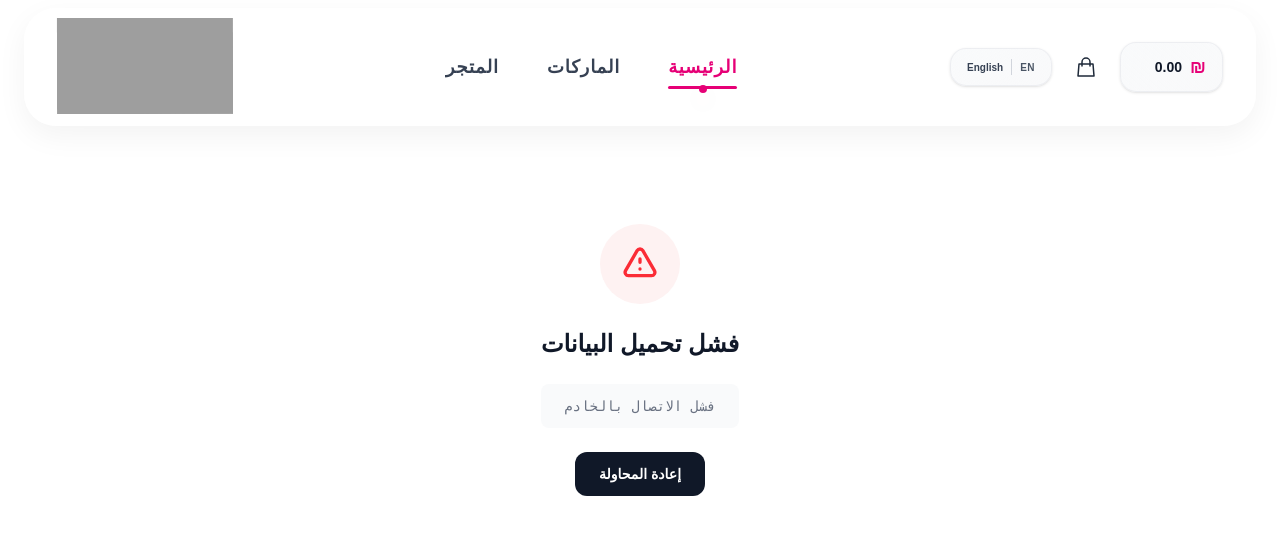
Repository: mhmdsaqer/miles
Page: / (app in beauty-frontend/)
An editor plug-in stored every save of this project. The page is shown before and after the next save, followed by the edit.
The browser window is 1280 px wide. The pictures show the whole page.
Pictures or frames that could not be fetched are drawn as grey boxes. The page's requests for data from a server got no answer. The project was rebuilt for these pictures with package versions that can differ from the ones it lists, and the page was loaded fresh each time. No one was signed in, and anything a server would have sent is missing. Also part of the build but not shown: beauty-frontend/vite.config.js, beauty-frontend/src/components/SEO.jsx, beauty-frontend/src/components/ProductCard.jsx, beauty-frontend/src/pages/Shop.jsx, beauty-frontend/src/components/LuxuryCard.jsx, beauty-frontend/src/pages/ProductDetails.jsx, beauty-frontend/src/pages/Cart.jsx, beauty-frontend/src/pages/Brands.jsx and 12 more.

Above is the page before, as saved 2026-06-16 14:20:17.

### beauty-frontend/index.html
<!doctype html>
<html lang="en">
  <head>
    <meta charset="UTF-8" />
    <link rel="icon" type="image/svg+xml" href="/favicon.svg" />
    <meta name="viewport" content="width=device-width, initial-scale=1.0" />
    <title>beauty-frontend</title>
  </head>
  <body>
    <div id="root"></div>
    <script type="module" src="/src/main.jsx"></script>
  </body>
</html>

### beauty-frontend/src/main.jsx
// src/main.jsx
import React from "react";
import ReactDOM from "react-dom/client";
import { HelmetProvider } from "react-helmet-async";
import { CartProvider } from "./context/CartContext";
import { LanguageProvider } from "./context/LanguageContext";
import { AuthProvider } from "./context/AuthContext";
import { ThemeProvider } from "./context/ThemeContext"; // ✅ أضف هذا
import App from "./App";
import "./index.css";

ReactDOM.createRoot(document.getElementById("root")).render(
  <React.StrictMode>
    <HelmetProvider>
      <LanguageProvider>
        <ThemeProvider> {/* ✅ أضف هنا */}
          <AuthProvider>
            <CartProvider>
              <App />
            </CartProvider>
          </AuthProvider>
        </ThemeProvider>
      </LanguageProvider>
    </HelmetProvider>
  </React.StrictMode>
);

### beauty-frontend/src/context/ThemeContext.jsx
import { createContext, useState, useContext, useEffect, useCallback } from "react";

const ThemeContext = createContext(null);

export const ThemeProvider = ({ children }) => {
  const [isDark, setIsDark] = useState(() => {
    if (typeof window !== "undefined") {
      return localStorage.getItem("miles_admin_theme") === "dark";
    }
    return false;
  });

  // حفظ التفضيل
  useEffect(() => {
    localStorage.setItem("miles_admin_theme", isDark ? "dark" : "light");
  }, [isDark]);

  const toggleTheme = useCallback(() => setIsDark((prev) => !prev), []);

  return (
    <ThemeContext.Provider value={{ isDark, toggleTheme }}>
      {children}
    </ThemeContext.Provider>
  );
};

export const useTheme = () => {
  const context = useContext(ThemeContext);
  if (!context) throw new Error("useTheme must be used within ThemeProvider");
  return context;
};

### beauty-frontend/src/components/Navbar.jsx
// src/components/Navbar.jsx - النسخة النهائية المضبوطة عمودياً ✨
import { Link, useLocation } from "react-router-dom";
import { useCart } from "../context/CartContext";
import { useLang } from "../context/LanguageContext";
import { useState, useEffect, useMemo, useCallback } from "react";

const LOGO_URL = "https://res.cloudinary.com/dvd2u8csu/image/upload/v1780130628/logo_pykvwk.png";

const Navbar = () => {
  const { cartItems, cartCount } = useCart();
  const { lang, toggleLang, t } = useLang();
  const location = useLocation();
  const [isScrolled, setIsScrolled] = useState(false);
  const [isMobileMenuOpen, setIsMobileMenuOpen] = useState(false);
  const [logoLoaded, setLogoLoaded] = useState(false);

  const cartTotal = useMemo(() => {
    return cartItems.reduce((total, item) => {
      const price = item.selectedVariant?.price ?? item.price;
      return total + price * item.quantity;
    }, 0);
  }, [cartItems]);

  useEffect(() => {
    const handleScroll = () => setIsScrolled(window.scrollY > 20);
    window.addEventListener("scroll", handleScroll);
    return () => window.removeEventListener("scroll", handleScroll);
  }, []);

  useEffect(() => {
    setIsMobileMenuOpen(false);
  }, [location.pathname]);

  useEffect(() => {
    document.body.style.overflow = isMobileMenuOpen ? "hidden" : "unset";
    return () => { document.body.style.overflow = "unset"; };
  }, [isMobileMenuOpen]);

  const navLinks = useMemo(() => [
    { name: t('home'), path: "/" },
    { name: t('brands'), path: "/brands" },
    { name: t('shop'), path: "/shop" }
  ], [t]);

  const closeMobileMenu = useCallback(() => setIsMobileMenuOpen(false), []);

  return (
    <>
      <nav
        // ✅ تقليل الـ padding العمودي للحد الأدنى (py-2)
        className={`fixed top-0 left-0 right-0 z-[100] transition-all duration-500 px-3 md:px-6 py-2 pointer-events-none ${
          isScrolled ? "translate-y-2" : "translate-y-0"
        }`}
        dir={lang === "ar" ? "rtl" : "ltr"}
        role="navigation"
        aria-label="Main navigation"
      >
        <div className={`max-w-[1400px] mx-auto transition-all duration-500 rounded-[2rem] pointer-events-auto ${
          isScrolled
            ? "bg-white/95 backdrop-blur-xl shadow-[0_20px_50px_rgba(0,0,0,0.08)] border border-gray-100/50 py-2"
            : "bg-white/60 backdrop-blur-md shadow-[0_10px_30px_rgba(0,0,0,0.05)] border border-white/30 py-2.5"
        }`}>

          {/* ✅ إضافة h-full و items-center لضمان التمركز دون تمدد */}
          <div className="px-4 md:px-8 flex justify-between items-center h-full">

            {/* ===== الجانب الأيمن: أيقونات التحكم ===== */}
            <div className="flex items-center gap-3">
              <button
                onClick={() => setIsMobileMenuOpen(!isMobileMenuOpen)}
                className="md:hidden relative p-2.5 group"
                aria-label={t('menu')}
                aria-expanded={isMobileMenuOpen}
              >
                <div className="absolute inset-0 bg-pink-50 rounded-full scale-0 group-hover:scale-100 transition-transform duration-500"></div>
                <div className="relative z-10 w-6 h-5 flex flex-col justify-center gap-1.5">
                  <span className={`w-full h-0.5 bg-gray-800 rounded-full transition-all duration-300 ${isMobileMenuOpen ? "rotate-45 translate-y-2" : ""}`}></span>
                  <span className={`w-full h-0.5 bg-gray-800 rounded-full transition-all duration-300 ${isMobileMenuOpen ? "opacity-0 scale-0" : ""}`}></span>
                  <span className={`w-full h-0.5 bg-gray-800 rounded-full transition-all duration-300 ${isMobileMenuOpen ? "-rotate-45 -translate-y-2" : ""}`}></span>
                </div>
              </button>

              <div className="flex items-center gap-2 bg-gradient-to-br from-gray-50 to-gray-100/50 backdrop-blur-sm px-4 py-2.5 rounded-2xl border border-gray-200/60 shadow-sm">
                <span className="text-pink-600 font-black text-lg">₪</span>
                <span className="text-gray-900 font-black text-sm tabular-nums min-w-[45px] text-right">
                  {cartTotal.toFixed(2)}
                </span>
              </div>

              <Link to="/cart" className="relative group p-2.5" aria-label={`${t('cart')} - ${cartCount} ${t('items')}`}>
                <div className="absolute inset-0 bg-pink-50 rounded-full scale-0 group-hover:scale-100 transition-transform duration-500"></div>
                <svg className="h-6 w-6 text-gray-800 relative z-10 transition-colors group-hover:text-pink-600" fill="none" viewBox="0 0 24 24" stroke="currentColor">
                  <path strokeLinecap="round" strokeLinejoin="round" strokeWidth={1.5} d="M16 11V7a4 4 0 00-8 0v4M5 9h14l1 12H4L5 9z" />
                </svg>
                {cartCount > 0 && (
                  <span className="absolute -top-0.5 -right-0.5 bg-pink-600 text-white text-[9px] font-black w-5 h-5 flex items-center justify-center rounded-full border-2 border-white shadow-sm">
                    {cartCount > 9 ? "9+" : cartCount}
                </span>
                )}
              </Link>

              <button
                onClick={toggleLang}
                className="hidden md:flex items-center gap-2 bg-gradient-to-br from-gray-50 to-gray-100/50 backdrop-blur-sm px-4 py-2.5 rounded-2xl border border-gray-200/60 hover:border-pink-300 transition-all group shadow-sm"
                aria-label={`Switch language to ${lang === "ar" ? "English" : "Arabic"}`}
              >
                <span className="text-[10px] font-black uppercase tracking-wider text-gray-600 group-hover:text-pink-600 transition-colors">
                  {lang === "ar" ? "EN" : "ع"}
                </span>
                <span className="w-px h-4 bg-gray-300"></span>
                <span className="text-[10px] font-bold text-gray-700 group-hover:text-gray-900 transition-colors">
                  {lang === "ar" ? "English" : "العربية"}
                </span>
              </button>
            </div>

                {/* ===== المنتصف: الروابط (ديسكتوب) ===== */}
            <div className="hidden md:flex items-center gap-8 lg:gap-12">
              {navLinks.map((link) => (
                <Link
                  key={link.path}
                  to={link.path}
                  className={`group relative text-base lg:text-lg font-black uppercase tracking-wider transition-all duration-500 hover:scale-110 ${
                    location.pathname === link.path
                      ? "text-pink-600"
                      : "text-gray-700 hover:text-pink-600"
                  }`}
                  aria-current={location.pathname === link.path ? "page" : undefined}
                >
                  {/* ✅ النص: لون زهري صلب (بدون gradient) */}
                  <span className="relative z-10 transition-all duration-500">
                    {link.name}
                  </span>

                  {/* ✅ الخط السفلي: بنفس لون النص (زهري صلب) */}
                  <span className={`absolute -bottom-2 left-0 h-[3px] bg-pink-600 rounded-full transition-all duration-500 ${
                    location.pathname === link.path
                      ? "w-full opacity-100"
                      : "w-0 opacity-0 group-hover:w-full group-hover:opacity-100"
                  }`}></span>

                  {/* ✅ نقطة مضيئة */}
                  <span className={`absolute -bottom-3 left-1/2 -translate-x-1/2 w-2 h-2 bg-pink-600 rounded-full shadow-lg shadow-pink-500/50 transition-all duration-500 ${
                    location.pathname === link.path
                      ? "opacity-100 scale-100 animate-pulse"
                      : "opacity-0 scale-0 group-hover:opacity-100 group-hover:scale-100"
                  }`}></span>

                  {/* ✅ هالة خلفية */}
                  <span className="absolute inset-0 -mx-4 -my-2 bg-gradient-to-r from-pink-500/0 via-pink-500/5 to-pink-500/0 rounded-2xl scale-0 group-hover:scale-100 transition-transform duration-500 -z-0"></span>
                </Link>
              ))}
            </div>
        {/* ===== الجانب الأيسر: شعار الشركة الفاخر ===== */}
<div className="flex-shrink-0">
  <Link
    to="/"
    className="group relative flex items-center justify-center"
    aria-label={t('home')}
  >
    {/* ✅ الحاوية: bg-transparent + overflow-hidden */}
    <div className="relative z-10 animate-float-luxury w-28 h-16 md:w-36 md:h-20 lg:w-44 lg:h-24 flex items-center justify-center overflow-hidden bg-transparent">

      {/* ✅✅✅ الإصلاح 1: إزالة animate-pulse-slow + إخفاء تام حتى الـ hover */}
      <div className="absolute inset-0 bg-gradient-to-r from-pink-500/10 via-purple-500/10 to-pink-500/10 rounded-full blur-2xl opacity-0 group-hover:opacity-60 transition-opacity duration-700 pointer-events-none"></div>

      {/* ✅✅✅ الإصلاح 2: إزالة drop-shadow + تبسيط التأثيرات */}
      <img
        src={LOGO_URL}
        alt="Company Logo"
        className={`
          relative z-10
          w-full h-full
          object-contain
          bg-transparent
          scale-[1.3] md:scale-[1.5]
          transition-all duration-700 ease-out
          ${logoLoaded ? 'opacity-100' : 'opacity-0'}
          group-hover:scale-[1.6]
        `}
        onLoad={() => setLogoLoaded(true)}
        onError={(e) => {
          console.warn("Failed to load logo");
          e.target.style.display = 'none';
        }}
        loading="eager"
      />

      {/* ✅ Loading Spinner */}
      {!logoLoaded && (
        <div className="absolute inset-0 flex items-center justify-center bg-transparent">
          <div className="relative">
            <div className="w-10 h-10 md:w-12 md:h-12 border-2 border-gray-200 border-t-pink-500 rounded-full animate-spin"></div>
          </div>
        </div>
      )}

      {/* ✅ النقاط المضيئة - تظهر فقط عند الـ hover */}
      <div className="absolute -inset-4 pointer-events-none">
        <div className="absolute top-0 left-1/2 -translate-x-1/2 w-2 h-2 bg-pink-400 rounded-full opacity-0 group-hover:opacity-100 animate-orbit-1"></div>
        <div className="absolute bottom-0 left-1/2 -translate-x-1/2 w-1.5 h-1.5 bg-purple-400 rounded-full opacity-0 group-hover:opacity-100 animate-orbit-2"></div>
        <div className="absolute left-0 top-1/2 -translate-y-1/2 w-1 h-1 bg-pink-300 rounded-full opacity-0 group-hover:opacity-100 animate-orbit-3"></div>
      </div>
    </div>

    {/* ✅✅✅ الإصلاح 3: إزالة تأثير الـ shimmer (كان يسبب وميض أبيض) */}
  </Link>
</div>
          </div>
        </div>
      </nav>

      {/* ===== Mobile Menu Overlay ===== */}
      <div
        className={`fixed inset-0 z-[99] bg-black/40 backdrop-blur-sm transition-opacity duration-300 md:hidden ${
          isMobileMenuOpen ? "opacity-100 pointer-events-auto" : "opacity-0 pointer-events-none"
        }`}
        onClick={closeMobileMenu}
        aria-hidden="true"
      />

      {/* ===== Mobile Menu Drawer ===== */}
      <div
        className={`fixed top-0 right-0 z-[100] w-[85%] max-w-sm h-full bg-white shadow-[0_20px_80px_rgba(0,0,0,0.15)] transition-transform duration-500 ease-out md:hidden ${
          isMobileMenuOpen ? "translate-x-0" : "translate-x-full"
        }`}
        dir={lang === "ar" ? "rtl" : "ltr"}
        role="dialog"
        aria-modal="true"
        aria-label="Mobile menu"
      >
        <div className="p-6 border-b border-gray-100 flex items-center justify-between">
          <Link to="/" onClick={closeMobileMenu} className="flex items-center gap-3">
            <img src={LOGO_URL} alt="Logo" className="h-8 w-auto object-contain" loading="lazy" onError={(e) => e.target.style.display = 'none'} />
          </Link>
          <button onClick={closeMobileMenu} className="p-2 hover:bg-gray-50 rounded-xl transition-colors" aria-label={t('close')}>
            <svg width="20" height="20" viewBox="0 0 24 24" fill="none" stroke="currentColor" strokeWidth="2">
              <path d="M18 6L6 18M6 6l12 12"/>
            </svg>
          </button>
        </div>

        <nav className="p-6 space-y-2">
          {navLinks.map((link, index) => (
            <Link
              key={link.path}
              to={link.path}
              onClick={closeMobileMenu}
              className={`block w-full text-right px-5 py-4 rounded-2xl text-lg font-bold transition-all duration-300 ${
                location.pathname === link.path
                  ? "bg-gradient-to-r from-pink-600 to-pink-500 text-white shadow-lg"
                  : "text-gray-700 hover:bg-gray-50 hover:text-gray-900"
              }`}
              style={{ transitionDelay: `${index * 50}ms` }}
            >
              {link.name}
            </Link>
          ))}
        </nav>

        <div className="px-6 py-4 border-t border-gray-100">
          <button
            onClick={() => { toggleLang(); closeMobileMenu(); }}
            className="w-full flex items-center justify-between px-5 py-3 rounded-xl bg-gradient-to-br from-gray-50 to-gray-100/50 hover:from-pink-50 hover:to-pink-100/50 border border-gray-200/60 transition-all group"
          >
            <span className="text-sm font-bold text-gray-700 group-hover:text-gray-900">
              {lang === "ar" ? "English" : "العربية"}
            </span>
            <span className="text-[10px] font-black uppercase tracking-wider text-gray-500 group-hover:text-pink-600">
              {lang === "ar" ? "EN" : "ع"}
            </span>
          </button>
        </div>

        <div className="absolute bottom-0 left-0 right-0 p-6 border-t border-gray-100 bg-gradient-to-br from-gray-50 to-white">
          <div className="flex items-center justify-between mb-4">
            <span className="text-sm font-bold text-gray-600">{t('cartTotal')}</span>
            <span className="text-2xl font-black text-gray-900 tabular-nums">₪{cartTotal.toFixed(2)}</span>
          </div>
          <Link to="/cart" onClick={closeMobileMenu} className="w-full bg-gradient-to-r from-gray-900 to-gray-800 text-white py-4 rounded-2xl font-black text-sm uppercase tracking-widest hover:from-pink-600 hover:to-pink-500 transition-all flex items-center justify-center gap-3 shadow-lg">
            {t('viewCart')} ({cartCount})
            <svg width="16" height="16" viewBox="0 0 24 24" fill="none" stroke="currentColor" strokeWidth="2.5">
              <path d="M5 12h14M12 5l7 7-7 7"/>
            </svg>
          </Link>
        </div>
      </div>
    </>
  );
};

export default Navbar;

Loaded but not shown: beauty-frontend/src/utils/adminAuth.js (90 lines, source omitted); beauty-frontend/src/utils/imageUtils.js (60 lines, source omitted); beauty-frontend/src/pages/Home.jsx (315 lines, source omitted); beauty-frontend/src/context/LanguageContext.jsx (380 lines, source omitted); beauty-frontend/src/context/CartContext.jsx (152 lines, source omitted); beauty-frontend/src/context/AuthContext.jsx (143 lines, source omitted); beauty-frontend/src/index.css (102 lines, source omitted); beauty-frontend/src/App.jsx (73 lines, source omitted)

After the next save:
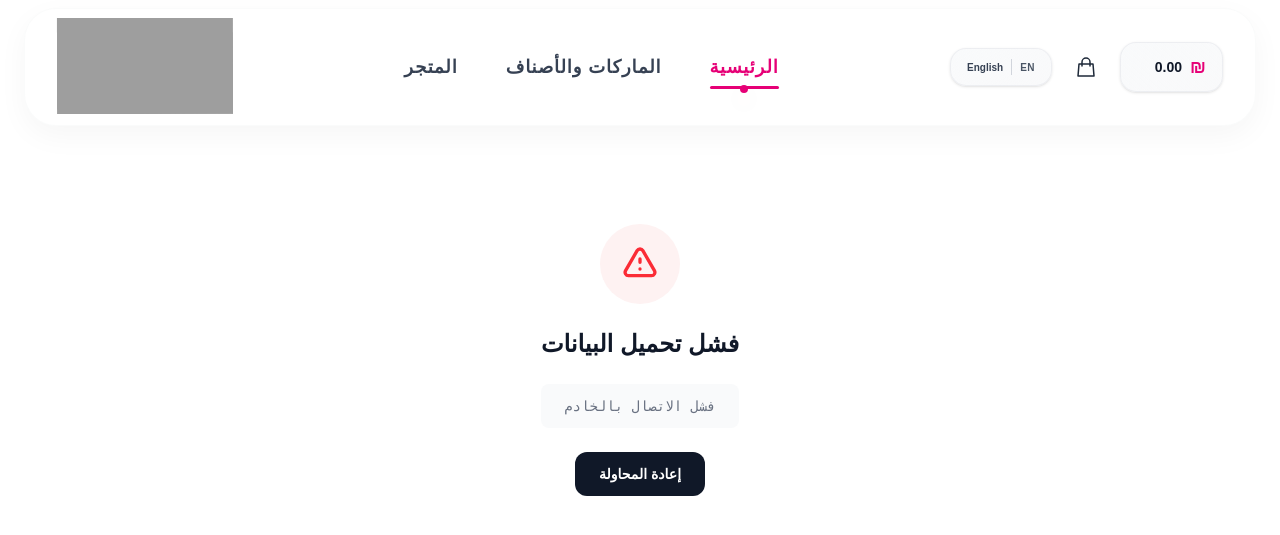
Saved 6 min 29 s later.
--- a/beauty-frontend/src/components/Navbar.jsx
+++ b/beauty-frontend/src/components/Navbar.jsx
@@ -1,4 +1,4 @@
-// src/components/Navbar.jsx - النسخة النهائية المضبوطة عمودياً ✨
+// src/components/Navbar.jsx - النسخة النهائية المطورة للفصل اللوني الفاخر ✨
 import { Link, useLocation } from "react-router-dom";
 import { useCart } from "../context/CartContext";
 import { useLang } from "../context/LanguageContext";
@@ -38,7 +38,7 @@ const Navbar = () => {
 
   const navLinks = useMemo(() => [
     { name: t('home'), path: "/" },
-    { name: t('brands'), path: "/brands" },
+    { name: t('brandsAndcategories'), path: "/brands" },
     { name: t('shop'), path: "/shop" }
   ], [t]);
 
@@ -55,10 +55,11 @@ const Navbar = () => {
         role="navigation"
         aria-label="Main navigation"
       >
+        {/* ✨ تم تعديل الخلفية هنا: أصبحت بيضاء ناصعة في الأعلى لتعزل محتوى الصورة الخلفية بجمالية متناهية ونظيفة */}
         <div className={`max-w-[1400px] mx-auto transition-all duration-500 rounded-[2rem] pointer-events-auto ${
           isScrolled
             ? "bg-white/95 backdrop-blur-xl shadow-[0_20px_50px_rgba(0,0,0,0.08)] border border-gray-100/50 py-2"
-            : "bg-white/60 backdrop-blur-md shadow-[0_10px_30px_rgba(0,0,0,0.05)] border border-white/30 py-2.5"
+            : "bg-white shadow-[0_10px_30px_rgba(0,0,0,0.04)] border border-gray-100/40 py-2.5"
         }`}>
 
           {/* ✅ إضافة h-full و items-center لضمان التمركز دون تمدد */}
@@ -95,7 +96,7 @@ const Navbar = () => {
                 {cartCount > 0 && (
                   <span className="absolute -top-0.5 -right-0.5 bg-pink-600 text-white text-[9px] font-black w-5 h-5 flex items-center justify-center rounded-full border-2 border-white shadow-sm">
                     {cartCount > 9 ? "9+" : cartCount}
-                </span>
+                  </span>
                 )}
               </Link>
 
@@ -114,7 +115,7 @@ const Navbar = () => {
               </button>
             </div>
 
-                {/* ===== المنتصف: الروابط (ديسكتوب) ===== */}
+            {/* ===== المنتصف: الروابط (ديسكتوب) ===== */}
             <div className="hidden md:flex items-center gap-8 lg:gap-12">
               {navLinks.map((link) => (
                 <Link
@@ -151,61 +152,61 @@ const Navbar = () => {
                 </Link>
               ))}
             </div>
-        {/* ===== الجانب الأيسر: شعار الشركة الفاخر ===== */}
-<div className="flex-shrink-0">
-  <Link
-    to="/"
-    className="group relative flex items-center justify-center"
-    aria-label={t('home')}
-  >
-    {/* ✅ الحاوية: bg-transparent + overflow-hidden */}
-    <div className="relative z-10 animate-float-luxury w-28 h-16 md:w-36 md:h-20 lg:w-44 lg:h-24 flex items-center justify-center overflow-hidden bg-transparent">
-
-      {/* ✅✅✅ الإصلاح 1: إزالة animate-pulse-slow + إخفاء تام حتى الـ hover */}
-      <div className="absolute inset-0 bg-gradient-to-r from-pink-500/10 via-purple-500/10 to-pink-500/10 rounded-full blur-2xl opacity-0 group-hover:opacity-60 transition-opacity duration-700 pointer-events-none"></div>
-
-      {/* ✅✅✅ الإصلاح 2: إزالة drop-shadow + تبسيط التأثيرات */}
-      <img
-        src={LOGO_URL}
-        alt="Company Logo"
-        className={`
-          relative z-10
-          w-full h-full
-          object-contain
-          bg-transparent
-          scale-[1.3] md:scale-[1.5]
-          transition-all duration-700 ease-out
-          ${logoLoaded ? 'opacity-100' : 'opacity-0'}
-          group-hover:scale-[1.6]
-        `}
-        onLoad={() => setLogoLoaded(true)}
-        onError={(e) => {
-          console.warn("Failed to load logo");
-          e.target.style.display = 'none';
-        }}
-        loading="eager"
-      />
-
-      {/* ✅ Loading Spinner */}
-      {!logoLoaded && (
-        <div className="absolute inset-0 flex items-center justify-center bg-transparent">
-          <div className="relative">
-            <div className="w-10 h-10 md:w-12 md:h-12 border-2 border-gray-200 border-t-pink-500 rounded-full animate-spin"></div>
-          </div>
-        </div>
-      )}
-
-      {/* ✅ النقاط المضيئة - تظهر فقط عند الـ hover */}
-      <div className="absolute -inset-4 pointer-events-none">
-        <div className="absolute top-0 left-1/2 -translate-x-1/2 w-2 h-2 bg-pink-400 rounded-full opacity-0 group-hover:opacity-100 animate-orbit-1"></div>
-        <div className="absolute bottom-0 left-1/2 -translate-x-1/2 w-1.5 h-1.5 bg-purple-400 rounded-full opacity-0 group-hover:opacity-100 animate-orbit-2"></div>
-        <div className="absolute left-0 top-1/2 -translate-y-1/2 w-1 h-1 bg-pink-300 rounded-full opacity-0 group-hover:opacity-100 animate-orbit-3"></div>
-      </div>
-    </div>
-
-    {/* ✅✅✅ الإصلاح 3: إزالة تأثير الـ shimmer (كان يسبب وميض أبيض) */}
-  </Link>
-</div>
+
+            {/* ===== الجانب الأيسر: شعار الشركة الفاخر ===== */}
+            <div className="flex-shrink-0">
+              <Link
+                to="/"
+                className="group relative flex items-center justify-center"
+                aria-label={t('home')}
+              >
+                {/* ✅ الحاوية: bg-transparent + overflow-hidden */}
+                <div className="relative z-10 animate-float-luxury w-28 h-16 md:w-36 md:h-20 lg:w-44 lg:h-24 flex items-center justify-center overflow-hidden bg-transparent">
+
+                  {/* ✅✅✅ الإصلاح 1: إزالة animate-pulse-slow + إخفاء تام حتى الـ hover */}
+                  <div className="absolute inset-0 bg-gradient-to-r from-pink-500/10 via-purple-500/10 to-pink-500/10 rounded-full blur-2xl opacity-0 group-hover:opacity-60 transition-opacity duration-700 pointer-events-none"></div>
+
+                  {/* ✅✅✅ الإصلاح 2: إزالة drop-shadow + تبسيط التأثيرات */}
+                  <img
+                    src={LOGO_URL}
+                    alt="Company Logo"
+                    className={`
+                      relative z-10
+                      w-full h-full
+                      object-contain
+                      bg-transparent
+                      scale-[1.3] md:scale-[1.5]
+                      transition-all duration-700 ease-out
+                      ${logoLoaded ? 'opacity-100' : 'opacity-0'}
+                      group-hover:scale-[1.6]
+                    `}
+                    onLoad={() => setLogoLoaded(true)}
+                    onError={(e) => {
+                      console.warn("Failed to load logo");
+                      e.target.style.display = 'none';
+                    }}
+                    loading="eager"
+                  />
+
+                  {/* ✅ Loading Spinner */}
+                  {!logoLoaded && (
+                    <div className="absolute inset-0 flex items-center justify-center bg-transparent">
+                      <div className="relative">
+                        <div className="w-10 h-10 md:w-12 md:h-12 border-2 border-gray-200 border-t-pink-500 rounded-full animate-spin"></div>
+                      </div>
+                    </div>
+                  )}
+
+                  {/* ✅ النقاط المضيئة - تظهر فقط عند الـ hover */}
+                  <div className="absolute -inset-4 pointer-events-none">
+                    <div className="absolute top-0 left-1/2 -translate-x-1/2 w-2 h-2 bg-pink-400 rounded-full opacity-0 group-hover:opacity-100 animate-orbit-1"></div>
+                    <div className="absolute bottom-0 left-1/2 -translate-x-1/2 w-1.5 h-1.5 bg-purple-400 rounded-full opacity-0 group-hover:opacity-100 animate-orbit-2"></div>
+                    <div className="absolute left-0 top-1/2 -translate-y-1/2 w-1 h-1 bg-pink-300 rounded-full opacity-0 group-hover:opacity-100 animate-orbit-3"></div>
+                  </div>
+                </div>
+              </Link>
+            </div>
+
           </div>
         </div>
       </nav>
